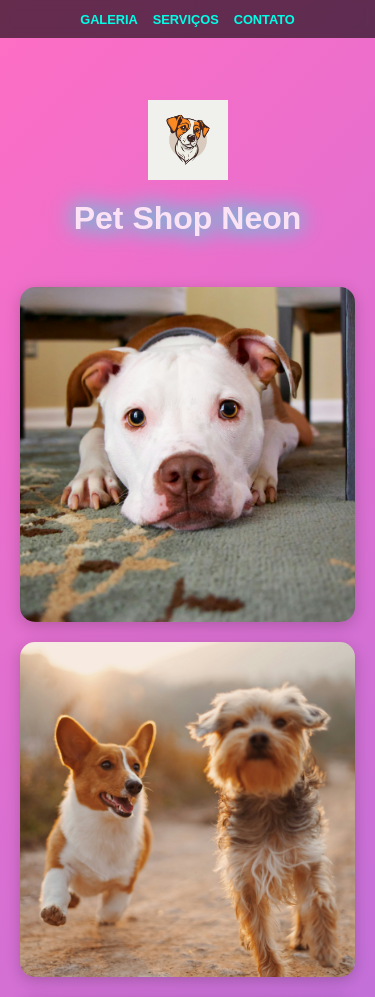
Repository: Sandro1969-tech/Desafio-petshop
Page: index.html
The author's editor kept a copy of each file at every save. The page is drawn from the files as they stood at one save, then again after a run of saves.
The browser window is 375 px wide. The pictures show the part of the page from y = 0 to 997 px (the page is 2744 px tall before and 2857 px after).
Pictures or frames that could not be fetched are drawn as grey boxes.

Above is the page before, as saved 2025-12-09 18:45:42.

After the next 2 saves:
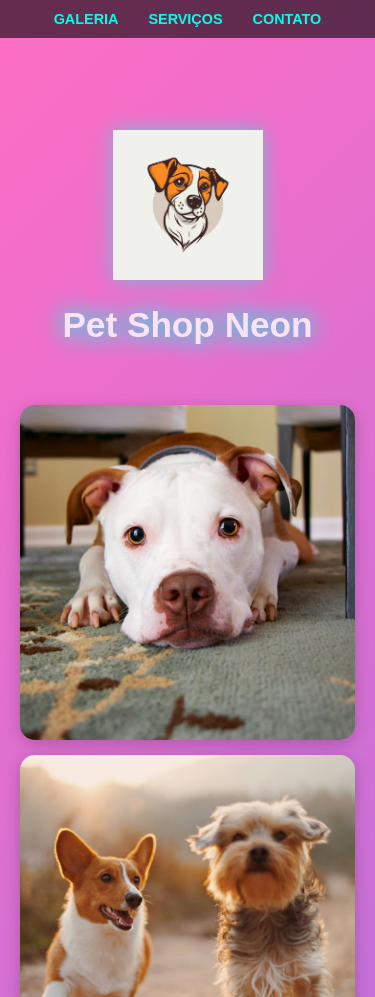
The 2 saves are shown as one change because they came seconds apart.
The last was saved 3 min 47 s later.
--- a/style.css
+++ b/style.css
@@ -5,12 +5,11 @@
   box-sizing: border-box;
 }
 
-/* Melhoria 2: Rolagem suave ao clicar nos links do menu */
 html {
   scroll-behavior: smooth;
 }
 
-/* Fundo com gradiente vibrante e Sticky Footer */
+/* Fundo com gradiente vibrante */
 body {
   font-family: 'Arial', sans-serif;
   background: linear-gradient(135deg, #ff6ec4, #7873f5);
@@ -28,7 +27,7 @@
   background: rgba(0,0,0,0.6);
   padding: 10px 0;
   z-index: 1000;
-  backdrop-filter: blur(5px); /* Adiciona um leve desfoque atrás do menu */
+  backdrop-filter: blur(5px);
 }
 
 .navbar ul {
@@ -43,7 +42,7 @@
   color: #00ffe7;
   font-weight: bold;
   transition: color 0.3s;
-  text-transform: uppercase; /* Deixa os links em caixa alta para mais destaque */
+  text-transform: uppercase;
   font-size: 0.9rem;
 }
 
@@ -51,31 +50,36 @@
   color: #ff6ec4;
 }
 
-/* Cabeçalho */
+/* --- ALTERAÇÃO FEITA AQUI: Cabeçalho Centralizado --- */
 header {
   display: flex;
-  justify-content: space-between;
+  /* Mudamos de 'row' (linha) para 'column' (coluna) para empilhar */
+  flex-direction: column;
+  /* Centraliza os itens horizontalmente */
   align-items: center;
-  padding: 120px 20px 30px; /* Aumentei um pouco o padding superior */
-  max-width: 1200px; /* Limita a largura em telas muito grandes */
-  margin: 0 auto; /* Centraliza se a tela for muito grande */
-  width: 100%;
-}
-
+  gap: 25px; /* Espaço entre o logo, título e ícone */
+  padding: 130px 20px 40px;
+  max-width: 1200px;
+  margin: 0 auto;
+  width: 100%;
+}
+
+/* --- ALTERAÇÃO FEITA AQUI: Logo Maior --- */
 .logo {
-  width: 80px;
-  height: auto; /* Garante a proporção */
+  width: 200px; /* Aumentado de 80px para 200px */
+  height: auto;
+  filter: drop-shadow(0 0 10px rgba(0, 255, 231, 0.5)); /* Um brilho extra no logo */
 }
 
 .icon {
-  width: 50px;
+  width: 80px; /* Aumentei um pouco o ícone também para acompanhar o logo */
   height: auto;
 }
 
 /* Título neon com animação */
 .neon-title {
-  font-size: 2.5rem;
-  text-align: center; /* Garante que o texto centralize se quebrar linha */
+  font-size: 3rem; /* Título um pouco maior */
+  text-align: center;
   color: #fff;
   text-shadow: 0 0 5px #00ffe7, 0 0 10px #00ffe7, 0 0 20px #00ffe7;
   animation: flicker 2s infinite alternate;
@@ -87,40 +91,40 @@
   100% { opacity: 1; text-shadow: 0 0 10px #00ffe7, 0 0 20px #00ffe7; }
 }
 
-/* Galeria responsiva */
+/* --- ALTERAÇÃO FEITA AQUI: Galeria 3x2 Fixa --- */
 .gallery {
   display: grid;
-  /* Ajustei o minmax para 200px para as imagens ficarem um pouco maiores */
-  grid-template-columns: repeat(auto-fit, minmax(200px, 1fr));
-  gap: 20px;
+  /* Força exatamente 3 colunas de tamanhos iguais */
+  grid-template-columns: repeat(3, 1fr);
+  gap: 25px; /* Espaço um pouco maior entre as fotos */
   padding: 20px;
-  max-width: 1200px;
-  margin: 0 auto;
-  width: 100%;
-}
-
-/* Melhoria 3: Padronização das imagens da galeria */
+  max-width: 1000px; /* Limita a largura total da galeria para não ficar muito esticada */
+  margin: 0 auto; /* Centraliza a galeria */
+  width: 100%;
+}
+
 .gallery img {
   width: 100%;
-  aspect-ratio: 1 / 1; /* Força a imagem a ser quadrada */
-  object-fit: cover; /* Corta a imagem para preencher o quadrado sem distorcer */
+  aspect-ratio: 1 / 1;
+  object-fit: cover;
   border-radius: 15px;
   transition: transform 0.3s, box-shadow 0.3s;
-  box-shadow: 0 4px 15px rgba(0,0,0,0.2); /* Sombra suave */
+  box-shadow: 0 4px 15px rgba(0,0,0,0.2);
 }
 
 .gallery img:hover {
   transform: scale(1.05);
-  box-shadow: 0 8px 25px rgba(0, 255, 231, 0.4); /* Sombra neon ao passar o mouse */
+  box-shadow: 0 8px 25px rgba(0, 255, 231, 0.4);
+  z-index: 1; /* Garante que a imagem em zoom fique por cima das outras */
 }
 
 /* Botões animados */
 .buttons {
   display: flex;
   justify-content: center;
-  flex-wrap: wrap; /* Permite que os botões quebrem linha em telas pequenas */
+  flex-wrap: wrap;
   gap: 20px;
-  margin: 40px 20px;
+  margin: 50px 20px;
 }
 
 button {
@@ -148,7 +152,7 @@
   text-align: center;
   padding: 20px;
   background: rgba(0,0,0,0.5);
-  margin-top: auto; /* Mantém o rodapé no final */
+  margin-top: auto;
   backdrop-filter: blur(5px);
 }
 
@@ -163,34 +167,35 @@
   width: 30px;
   height: 30px;
   transition: transform 0.3s;
-  filter: drop-shadow(0 0 5px #00ffe7); /* Adiciona brilho neon aos ícones */
+  filter: drop-shadow(0 0 5px #00ffe7);
 }
 
 .social-icons img:hover {
-  transform: scale(1.2) rotate(10deg); /* Pequena rotação ao passar o mouse */
-}
-
-/* Melhoria 4: Media Query para telas pequenas (Celulares) */
-@media (max-width: 600px) {
-  header {
-    flex-direction: column;
-    gap: 20px;
-    padding-top: 100px;
+  transform: scale(1.2) rotate(10deg);
+}
+
+/* Media Query para celulares */
+@media (max-width: 768px) {
+  .neon-title {
+    font-size: 2.2rem;
   }
 
-  .neon-title {
-    font-size: 2rem;
-    order: 2; /* Título fica no meio */
+  .logo {
+      width: 150px; /* Logo um pouco menor em celulares */
   }
 
-  .logo { order: 1; } /* Logo fica em cima */
-  .icon { order: 3; } /* Ícone fica embaixo */
-
-  .navbar ul {
-    gap: 15px; /* Menos espaço entre links no mobile */
+  /* IMPORTANTE: Em telas pequenas (celulares), 3 colunas ficam muito apertadas.
+     Mudei para 2 colunas no celular para ficar melhor de ver.
+     Se você quiser 3 colunas MESMO no celular, mude abaixo para repeat(3, 1fr) */
+  .gallery {
+    grid-template-columns: repeat(2, 1fr);
+    gap: 15px;
   }
-
-  .navbar a {
-      font-size: 0.8rem;
-  }
-}
+}
+
+@media (max-width: 480px) {
+    /* Em telas muito pequenas, 1 coluna só */
+    .gallery {
+        grid-template-columns: 1fr;
+    }
+}
